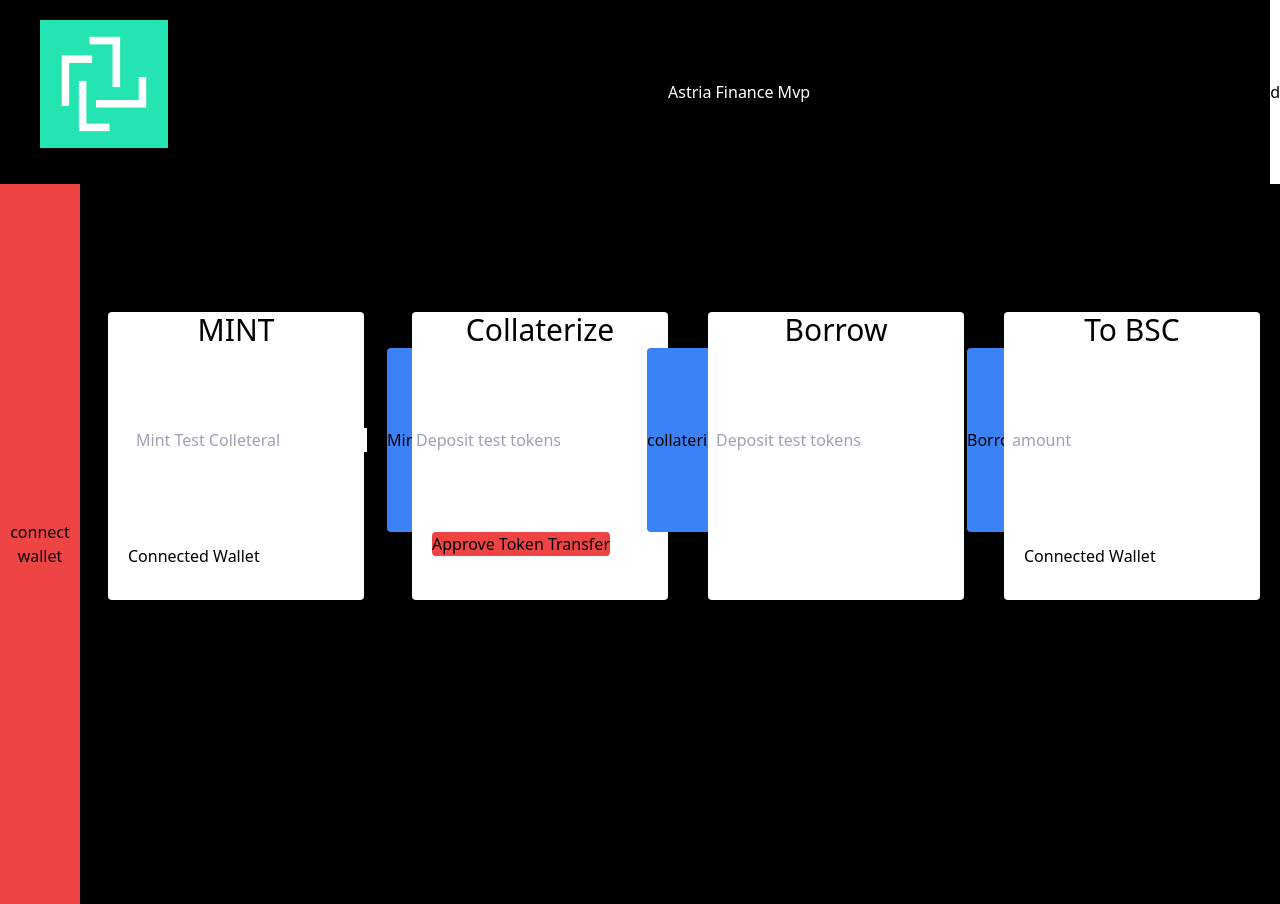
Repository: AstriaFinance/AstriaMvp
Page: /
These files come from the project's save history. The page is drawn as it stood at one moment and after the next save; the edit follows.
The browser window is 1280 px wide. The pictures show the whole page.
The project was rebuilt for these pictures with package versions that can differ from the ones it lists, and the page was loaded fresh each time. Also part of the build but not shown: src/components/About.jsx, src/components/Shop.jsx, src/components/ErrorPage.jsx.

Above is the page before, as saved 2022-06-27 11:29:14.

After the next save:
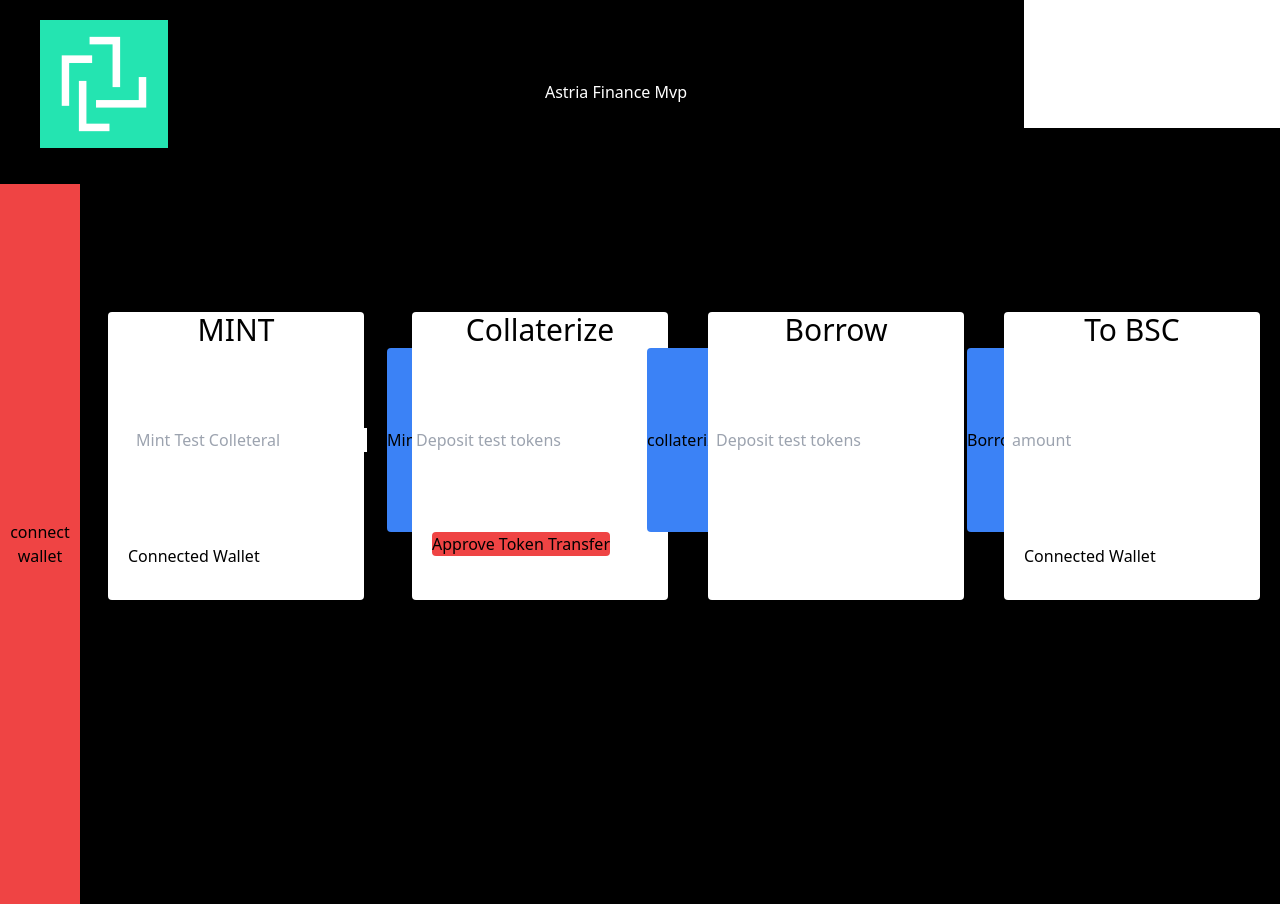
Saved 41 s later.
--- a/src/components/Nav.jsx
+++ b/src/components/Nav.jsx
@@ -5,7 +5,7 @@ const Nav = () => {
     <nav className="bg-black flex justify-between ">
       <img src={logo} alt="" className="h-32 mt-5 mx-10" />
       <div className="text-white my-20 mx-5">Astria Finance Mvp</div>
-      <button className="bg-white">d</button>
+      <div className="bg-white h-32 w-64"></div>
     </nav>
   );
 };
